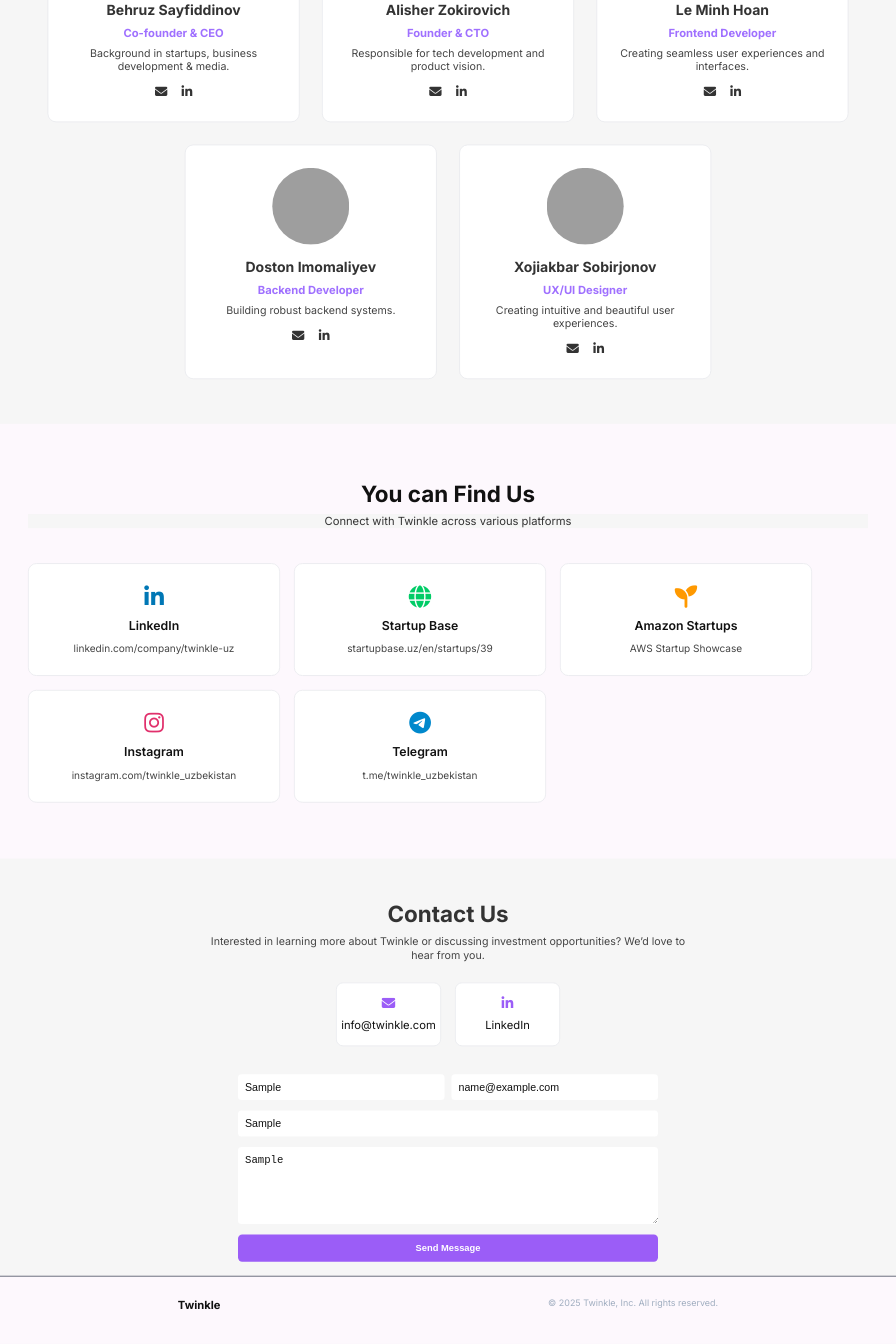
Repository: techboy-33/Twinkle-web
Page: index.html
These files come from the project's save history. The page is drawn as it stood at one moment and after the next save; the edit follows.
The browser window is 1280 px wide. The pictures show the part of the page from y = 2431 to 4351 px (the page is 4351 px tall), at 70% of full size.
Empty fields were first filled with sample values (such as "Sample", 5 or name@example.com).
After loading, the first visible `#theme-toggle` was clicked once.
Pictures or frames that could not be fetched are drawn as grey boxes.

Above is the page before, as saved 2025-05-26 10:03:47.

### index.html
<!DOCTYPE html>
<html lang="en">

<head>
    <meta charset="UTF-8" />
    <meta name="viewport" content="width=device-width, initial-scale=1.0" />
    <title>Twinkle</title>
    <link href="styles.css" rel="stylesheet" />
    <link href="https://fonts.googleapis.com/css2?family=Inter:wght@400;600;700&display=swap" rel="stylesheet">
    <link rel="stylesheet" href="https://cdnjs.cloudflare.com/ajax/libs/font-awesome/6.5.0/css/all.min.css">
    <link rel="stylesheet" href="./base.css">
    <link rel="stylesheet" href="./responsive.css">
</head>

<body>
    <header class="navbar">
        <div class="container nav-inner">
            <div class="logo">Twinkle</div>
            <div class="nav-right">
                <nav class="nav-links">
                    <a href="#">General Info</a>
                    <a href="#">News</a>
                    <a href="#">Team</a>
                </nav>
                <div class="nav-icons language-dropdown">
                    <button class="icon-btn" id="language-toggle">
                        <i class="fa-solid fa-globe"></i>
                    </button>
                    <ul class="language-menu">
                        <li>English</li>
                        <li>Русский</li>
                        <li>O'zbekcha</li>
                    </ul>
                    <button class="icon-btn" id="theme-toggle">
                        <i class="fa-solid fa-sun"></i>
                    </button>
                    <button class="icon-btn contact-btn">Contact</button>
                    <button class="hamburger-menu" id="menu-toggle">
                        <i class="fa-solid fa-bars"></i>
                    </button>
                </div>
            </div>
        </div>
    </header>
    <section class="hero">
        <div class="hero-inner">
            <h1>Twinkle</h1>
            <p class="subtitle">
                A social media platform uniting creators who produce high-quality, intellectual, and value-driven
                content with innovative filtering and multi-monetization models.
            </p>

            <div class="info-grid">
                <div class="info-card">
                    <h3>Founded</h3>
                    <p>15th of December 2024</p>
                </div>
                <div class="info-card">
                    <h3>Headquarters</h3>
                    <p>Samarkand, Uzbekistan (remote)</p>
                </div>
                <div class="info-card">
                    <h3>Focus</h3>
                    <p>Creator economy, empowering media industry</p>
                </div>
                <div class="info-card">
                    <h3>Target Market</h3>
                    <p>Uzbekistan, Global Expansion</p>
                </div>
            </div>

            <button class="learn-btn">Learn More
                <i class="fa-solid fa-chevron-down"></i>
            </button>
        </div>
        <div id="extra-info" style="display: none;">
            <div class="extra-content">
                <div class="info-card">
                    <h2>Our Vision</h2>
                    <p>Twinkle aims to filter the media industry and create a new market for the creator economy and
                        business. We're building a platform that values quality over quantity, depth over virality, and
                        sustainable creator economics over exploitative algorithms.</p>

                    <h2>Our Mission</h2>
                    <p>To empower content creators in Uzbekistan and beyond with tools, community, and monetization
                        opportunities that enable them to build sustainable careers doing what they love. We strive to
                        elevate the quality of media content while providing creators with the resources they need to
                        succeed.
                    </p>

                    <h2>Key Differentiators</h2>
                    <ul>
                        <li>Quality-focused content filtering and recommendation algorithms</li>
                        <li>Multiple monetization streams for creators (subscriptions, tips, marketplace, sponsorships)
                        </li>
                        <li>Built-in educational resources and creator development programs</li>
                        <li>Focus on intellectual and educational content rather than purely entertainment</li>
                        <li>Regional expertise and connections in Central Asian markets</li>
                    </ul>
                </div>
                <button id="show-less-btn" class="learn-btn">Show Less
                    <i class="fa-solid fa-chevron-up"></i>
                </button>
            </div>
        </div>
    </section>
    <main class="container">
        <section class="general-info">
            <h2>General Info</h2>
            <div class="info-columns">
                <div class="left">
                    <div>
                        <p class="strong">Industry</p>
                        <p>Social Media, Creator Economy</p>
                    </div>
                    <div>
                        <p class="strong">Business Model</p>
                        <p>Platform, Subscription, Transaction Fees</p>
                    </div>
                    <div>
                        <p class="strong">Location</p>
                        <p>Tashkent, Uzbekistan</p>
                    </div>
                    <div>
                        <p class="strong">Stage</p>
                        <p>Pre-Seed</p>
                    </div>
                </div>
                <div class="right">
                    <div>
                        <p class="strong">Description</p>
                        <p>Twinkle is designed to build a community of high-caliber, educational content creators while
                            creating a next-generation media platform that enables expanded monetization opportunities.
                        </p>
                    </div>
                    <div>
                        <p class="strong">Investment Needs</p>
                        <p>Seeking investment for platform development, marketing, team expansion, and operational
                            costs.
                        </p>
                    </div>
                    <button class="pitch-btn">View Pitch Deck
                        <i class="fa-solid fa-download"></i>
                    </button>
                </div>
            </div>
        </section>
    </main>
    <section class="news-section">
        <div class="container">
            <h2 class="news-title">Latest News</h2>
            <p class="news-subtitle">Updates and insights from our LinkedIn</p>

            <div class="news-grid">
                <!-- News Card 1 -->
                <div class="news-card">
                    <h3>Twinkle Announces Partnership with Local Creator Hub</h3>
                    <p>We're excited to announce our new partnership with the Central Asian Creator Hub, which will help
                        us connect with more talented content creators in the region...</p>
                    <div class="news-meta">
                        <span>📅 June 15, 2023</span>
                        <a href="#">Read More</a>
                    </div>
                </div>

                <!-- News Card 2 -->
                <div class="news-card">
                    <h3>The Future of Content Monetization in Emerging Markets</h3>
                    <p>Our CEO Behruz Sayfiddinov shares insights on how content creators in emerging markets can
                        leverage new monetization strategies to build sustainable careers...</p>
                    <div class="news-meta">
                        <span>📅 May 28, 2023</span>
                        <a href="#">Read More</a>
                    </div>
                </div>

                <!-- News Card 3 -->
                <div class="news-card">
                    <h3>Twinkle Featured in 'Startups to Watch' List</h3>
                    <p>We're honored to be included in this year's 'Startups to Watch' list by Tech Central Asia. This
                        recognition highlights our innovative approach to content creation...</p>
                    <div class="news-meta">
                        <span>📅 April 10, 2023</span>
                        <a href="#">Read More</a>
                    </div>
                </div>

                <!-- News Card 4 -->
                <div class="news-card">
                    <h3>Building a Quality-First Content Platform</h3>
                    <p>In our latest blog post, CTO Alisher Zokirovich discusses the technical challenges of building a
                        platform that prioritizes quality content while maintaining scalability...</p>
                    <div class="news-meta">
                        <span>📅 March 22, 2023</span>
                        <a href="#">Read More</a>
                    </div>
                </div>
            </div>

            <div class="view-all-wrapper">
                <button class="view-all-btn">View All Updates
                    <i class="fa-brands fa-linkedin-in"></i>
                </button>
            </div>
        </div>
    </section>
    <section class="team-section">
        <div class="container">
            <h2 class="team-title">Our Team</h2>
            <p class="team-subtitle">Meet the passionate minds behind Twinkle</p>

            <div class="team-grid">
                <!-- Team Members -->
                <div class="team-card">
                    <img src="https://encrypted-tbn0.gstatic.com/images?q=tbn:ANd9GcR9CMIiPoEBXCQ0sEX700hf1_gQ1kkmD3HA4w&s"
                        alt="Behruz">
                    <h3>Behruz Sayfiddinov</h3>
                    <p class="role">Co-founder & CEO</p>
                    <p class="desc">Background in startups, business development & media.</p>
                    <div class="icons">
                        <a href="#"><i class="fas fa-envelope"></i></a>
                        <a href="#"><i class="fab fa-linkedin-in"></i></a>
                    </div>
                </div>

                <div class="team-card">
                    <img src="https://encrypted-tbn0.gstatic.com/images?q=tbn:ANd9GcR9CMIiPoEBXCQ0sEX700hf1_gQ1kkmD3HA4w&s"
                        alt="Alisher">
                    <h3>Alisher Zokirovich</h3>
                    <p class="role">Founder & CTO</p>
                    <p class="desc">Responsible for tech development and product vision.</p>
                    <div class="icons">
                        <a href="#"><i class="fas fa-envelope"></i></a>
                        <a href="#"><i class="fab fa-linkedin-in"></i></a>
                    </div>
                </div>

                <div class="team-card">
                    <img src="https://encrypted-tbn0.gstatic.com/images?q=tbn:ANd9GcR9CMIiPoEBXCQ0sEX700hf1_gQ1kkmD3HA4w&s"
                        alt="Member">
                    <h3>Le Minh Hoan</h3>
                    <p class="role">Frontend Developer</p>
                    <p class="desc">Creating seamless user experiences and interfaces.</p>
                    <div class="icons">
                        <a href="#"><i class="fas fa-envelope"></i></a>
                        <a href="#"><i class="fab fa-linkedin-in"></i></a>
                    </div>
                </div>

                <div class="team-card">
                    <img src="https://encrypted-tbn0.gstatic.com/images?q=tbn:ANd9GcR9CMIiPoEBXCQ0sEX700hf1_gQ1kkmD3HA4w&s"
                        alt="Member">
                    <h3>Doston Imomaliyev</h3>
                    <p class="role">Backend Developer</p>
                    <p class="desc">Building robust backend systems.</p>
                    <div class="icons">
                        <a href="#"><i class="fas fa-envelope"></i></a>
                        <a href="#"><i class="fab fa-linkedin-in"></i></a>
                    </div>
                </div>

                <div class="team-card">
                    <img src="https://encrypted-tbn0.gstatic.com/images?q=tbn:ANd9GcR9CMIiPoEBXCQ0sEX700hf1_gQ1kkmD3HA4w&s"
                        alt="Member">
                    <h3>Xojiakbar Sobirjonov</h3>
                    <p class="role">UX/UI Designer</p>
                    <p class="desc">Creating intuitive and beautiful user experiences.</p>
                    <div class="icons">
                        <a href="#"><i class="fas fa-envelope"></i></a>
                        <a href="#"><i class="fab fa-linkedin-in"></i></a>
                    </div>
                </div>
            </div>
        </div>
    </section>
    <section class="find-us-section">
        <div class="container">
            <h2 class="find-us-title">You can Find Us</h2>
            <p class="find-us-subtitle">Connect with Twinkle across various platforms</p>
            <div class="find-us-grid">
                <div class="find-us-card linkedin">
                    <i class="fab fa-linkedin-in"></i>
                    <h3>LinkedIn</h3>
                    <p>linkedin.com/company/twinkle-uz</p>
                </div>
                <div class="find-us-card startup-base">
                    <i class="fas fa-globe"></i>
                    <h3>Startup Base</h3>
                    <p>startupbase.uz/en/startups/39</p>
                </div>
                <div class="find-us-card amazon">
                    <i class="fas fa-seedling"></i>
                    <h3>Amazon Startups</h3>
                    <p>AWS Startup Showcase</p>
                </div>
                <div class="find-us-card instagram">
                    <i class="fab fa-instagram"></i>
                    <h3>Instagram</h3>
                    <p>instagram.com/twinkle_uzbekistan</p>
                </div>
                <div class="find-us-card telegram">
                    <i class="fab fa-telegram-plane"></i>
                    <h3>Telegram</h3>
                    <p>t.me/twinkle_uzbekistan</p>
                </div>
            </div>
        </div>
    </section>
    <section class="contact-section">
        <div class="container contact-container">
            <h2 class="contact-title">Contact Us</h2>
            <p class="contact-description">
                Interested in learning more about Twinkle or discussing investment opportunities? We’d love to hear from
                you.
            </p>

            <div class="contact-methods">
                <div class="contact-box">
                    <i class="fas fa-envelope"></i>
                    <p>info@twinkle.com</p>
                </div>
                <div class="contact-box">
                    <i class="fab fa-linkedin-in"></i>
                    <p>LinkedIn</p>
                </div>
            </div>

            <form class="contact-form">
                <div class="form-row">
                    <input type="text" placeholder="Name" required />
                    <input type="email" placeholder="Email" required />
                </div>
                <input type="text" placeholder="Subject" required />
                <textarea placeholder="Message" rows="5" required></textarea>
                <button type="submit" class="send-btn">Send Message</button>
            </form>
        </div>

    </section>
    <footer class="contact-footer">
        <p class="footer-brand">Twinkle</p>
        <p class="footer-rights">© 2025 Twinkle, Inc. All rights reserved.</p>
    </footer>
    <script src="./js.js"></script>
</body>

</html>

### base.css
body.light-mode {
  background-color: #fdf8fd;
  color: #111111;
}

body.light-mode .logo {
  color: #111111 !important;
}

body.light-mode .navbar {
  border-bottom: 1px solid #e5e7eb;
}

body.light-mode .language-menu {
  background-color: #fdf8fd;
  border: 1px solid #e5e7eb;
}

body.light-mode .language-menu li {
  color: #111;
}

body.light-mode .language-menu li:hover {
  background-color: #e5e7eb;
}

body.light-mode .general-info,
body.light-mode .team-section,
body.light-mode .contact-section,
body.light-mode .general-info h2,
body.light-mode .strong,
body.light-mode .find-us-section .find-us-subtitle {
  background-color: #f6f6f6;
  color: #333 !important;
}
body.light-mode .nav-links a,
body.light-mode .general-info p {
  color: #757576;
}

body.light-mode .navbar,
body.light-mode .hero,
body.light-mode .icon-btn,
body.light-mode .hamburger-menu,
body.light-mode .text-muted-foreground,
body.light-mode .news-section,
body.light-mode .find-us-section,
body.light-mode .contact-footer {
  background-color: #fdf8fd !important;
  color: #111111 !important;
}
body.light-mode .contact-box,
body.light-mode .info-card,
body.light-mode .team-card,
body.light-mode .find-us-card {
  background-color: #ffffff !important;
  border: 1px solid #e5e7eb !important;
  box-shadow: none;
}
body.light-mode .find-us-card h3 {
  margin: 14px 0;
}
body.light-mode .team-card .role{
  margin: 10px 0;
}
body.light-mode .icons i {
  color: #333;
}

body.light-mode .info-card h3 {
  color: #333;
}

body.light-mode .info-card p {
  color: #757576;
}

body.light-mode .news-card,
body.light-mode .contact-box,
body.light-mode .contact-form input,
body.light-mode .contact-form textarea {
  color: #111111 !important;
}

body.light-mode .news-card {
  border: 1px solid #e4e4e4;
  background-color: #ffffff !important;

}

body.light-mode .news-card p {
  color: #757576;
}

body.light-mode a {
  color: #4f46e5;
}

body.light-mode .subtitle,
body.light-mode .news-subtitle,
body.light-mode .team-subtitle,
body.light-mode .desc,
body.light-mode .find-us-card p,
body.light-mode .contact-description {
  color: #444 !important;
}

body.light-mode .contact-form input,
body.light-mode .contact-form textarea{
  background-color: #ffffff;
}

body.light-mode .footer-brand {
  margin-bottom: 16px;
}

### responsive.css
@media (max-width: 768px) {

    .navbar {
        width: 100vw;
        overflow-x: hidden;
    }

    .nav-links,
    .contact-btn {
        display: none;
    }

    .hamburger-menu {
        display: block;
        background-color: #0f172a;
        color: #d1d5db;
        border: none;
        font-size: 18px;
    }

    .nav-inner {
        max-width: 1200px;
        width: 100%;
        padding: 0 26px;
        margin: 0 auto;
        display: flex;
        justify-content: space-between;
        align-items: center;
    }

    .nav-right {
        gap: 12px;
    }

    .nav-icons {
        display: flex;
        align-items: center;
        justify-content: flex-end;
        gap: 16px;
    }


    .nav-open .nav-links {
        display: flex;
        flex-direction: column;
        background-color: #1e293b;
        position: absolute;
        top: 70px;
        right: 20px;
        padding: 12px;
        border-radius: 8px;
        gap: 12px;
        z-index: 1001;
    }

    .nav-open .contact-btn {
        display: block;
        width: 100%;
    }

    /* hero */
    .hero {
        padding: 80px 0;
    }

    .hero-inner {
        padding: 0 26px;
    }

    .hero-inner h1 {
        font-size: 36px;
    }

    .subtitle {
        font-size: 16px;
        max-width: 100%;
        margin-bottom: 40px;
    }

    .info-grid {
        grid-template-columns: 1fr;
        gap: 20px;
    }

    .info-card {
        padding: 20px;
    }

    .learn-btn {
        font-size: 14px;
        padding: 10px 24px;
    }

    /* General  Info Section */
    .general-info {
        padding: 60px 26px 70px 26px;
    }

    .general-info h2 {
        font-size: 26px;
        margin: 10px 0 60px 0;
    }

    .info-columns {
        flex-direction: column;
        gap: 40px;
    }

    .info-columns .left,
    .info-columns .right {
        flex: none;
        width: 100%;
    }

    .info-columns p {
        font-size: 15px;
        line-height: 22px;
    }

    .info-columns p strong {
        margin-bottom: 10px;
    }

    .pitch-btn {
        margin: 26px 0;
    }

    /* new section */
    .news-section {
        padding: 60px 26px;
    }

    .news-title,
    .news-subtitle {
        padding-left: 0;
    }

    .news-title {
        font-size: 1.5rem;
        margin: 20px 0;
    }

    .news-subtitle {
        font-size: 0.95rem;
        margin-bottom: 60px;
    }

    .news-grid {
        grid-template-columns: 1fr;
        gap: 20px;
    }

    .news-card {
        padding: 30px 20px;
    }

    .news-card h3 {
        font-size: 1rem;
    }

    .news-card p {
        font-size: 13px;
    }

    .news-meta {
        gap: 6px;
    }

    .view-all-btn {
        width: 50%;
        padding: 12px;
        font-size: 15px;
    }

    /* Teams section*/
    .team-title {
        margin-bottom: 20px;
    }

    /* Find Us */
    .find-us-title {
        margin-bottom: 20px;
    }

    .find-us-grid {
        justify-content: center;
    }

    /* Contact */
    .contact-form {
        width: 100%;
        padding: 0 16px;
    }

    .contact-section {
        padding: 60px 20px 60px 20px;
    }

    .form-row {
        flex-direction: column;
        gap: 10px;
    }

    .contact-methods {
        display: flex;
        flex-direction: column;
    }

    .contact-methods .contact-box {
        width: 360px;
        padding: 30px;
    }

    .contact-methods .contact-box p {
        margin-top: 10px;
    }

    .contact-form input,
    .contact-form textarea {
        font-size: 1rem;
        padding: 12px;
    }

    .send-btn {
        margin-top: 20px;
    }

    /* footer */
    .contact-footer {
        flex-direction: column;
        align-items: center;
        border: none;
    }
}

Loaded but not shown: js.js (42 lines, source omitted); styles.css (682 lines, source omitted)

After the next save:
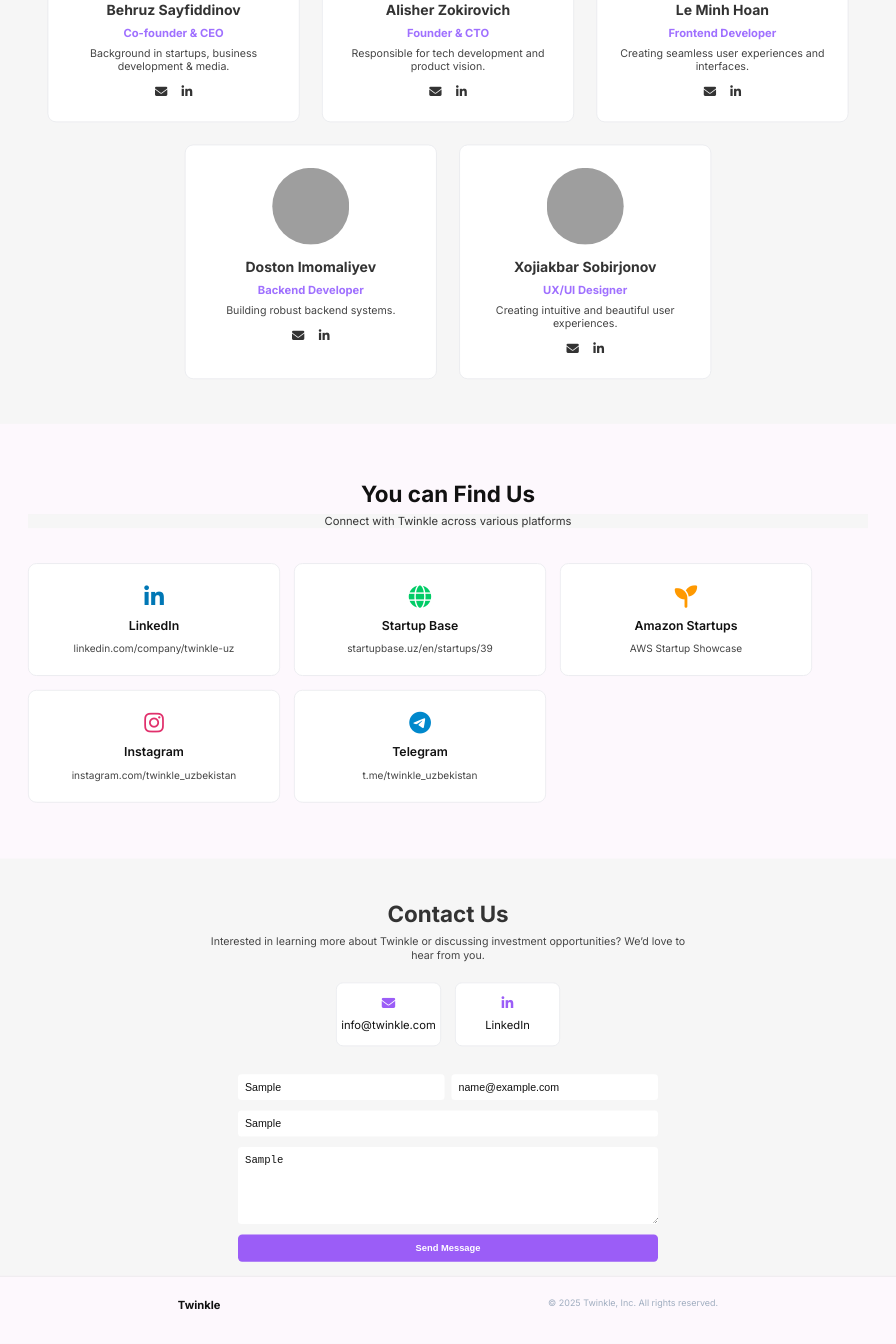
Saved 36 s later.
--- a/base.css
+++ b/base.css
@@ -113,3 +113,7 @@
 body.light-mode .footer-brand {
   margin-bottom: 16px;
 }
+
+body.light-mode .contact-footer {
+  border-top: 1px solid #e4e4e4;
+}
